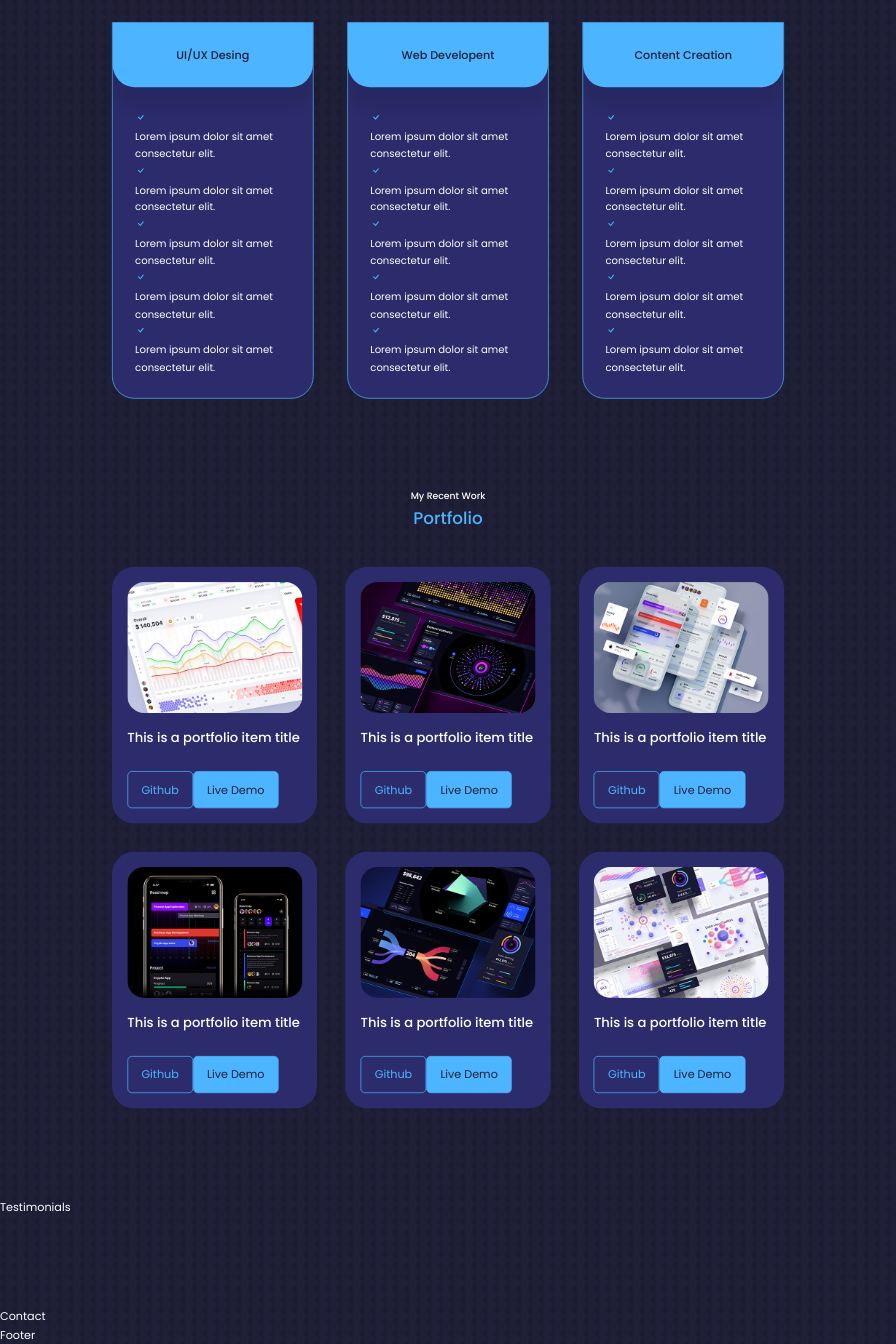
Repository: YuriSarmanho/Portifolio-
Page: / (app in portifolio/)
The author's editor kept a copy of each file at every save. The page is drawn from the files as they stood at one save, then again after the next save.
The browser window is 1280 px wide. The pictures show the part of the page from y = 2232 to 4152 px (the page is 4152 px tall before and 3745 px after), at 70% of full size.
The project was rebuilt for these pictures with package versions that can differ from the ones it lists, and the page was loaded fresh each time. Also part of the build but not shown: portifolio/src/Components/Contact/Contact.css, portifolio/src/Components/Testimonials/Testimonials.css. Imported but missing from the stored project, and not drawn on this page: portifolio/src/assets/cv.pdf.

Above is the page before, as saved 2022-05-25 10:34:37.

### portifolio/public/index.html
<!DOCTYPE html>
<html lang="pt-br">
<head>
    <meta charset="UTF-8">
    <meta http-equiv="X-UA-Compatible" content="IE=edge">
    <meta name="viewport" content="width=device-width, initial-scale=1.0">
    <title>Yuri Sarmanho Monteiro</title>
</head>
<body>
    <div id="root"></div>
</body>
</html>

### portifolio/src/App.jsx
import React from "react";
import './index.css'

import Header from "./Components/Header/Header";
import About from "./Components/About/About";
import Contact from "./Components/Contact/Contact";
import Experience from "./Components/Experience/Experience";
import Footer from "./Components/Footer/Footer";
import Nav from "./Components/Nav/Nav";
import Testimonials from "./Components/Testimonials/Testimonials";
import Service from "./Components/Service/Service";
import Portfolio from "./Components/Portfolio/Portfolio";



const App = () => {
  return (
    <>
      <Header />
      <Nav/>
      <About />
      <Experience/>
      <Service/>
      <Portfolio/>
      <Testimonials/>
      <Contact/>
      <Footer/>
    </>
  );
};

export default App;

### portifolio/src/index.css
@import url('https://fonts.googleapis.com/css2?family=Poppins:wght@300;400;500;600&display=swap');

* {
  margin: 0;
  padding: 0;
  border: 0;
  outline: 0;
  box-sizing: border-box;
  list-style: none;
  text-decoration: none;
}
:root {
  --color-bg: #1f1f38;
  --color-bg-variant: #2c2c6c;
  --color-primary: #4db5ff;
  --color-primary-variant: rgba(77, 181, 255, 0.4);
  --color-white: #fff;
  --color-light: rgba(255, 255, 255, 0.6);

  --transition: all 400ms ease;

  --container-width-lg: 75%;
  --container-width-md: 86%;
  --container-width-sm: 90%;
}
html {
  scroll-behavior: smooth;
}
::-webkit-scrollbar {
  display: none;
}

body {
  font-family: "Poppins", sans-serif;
  background-color: var(--color-bg);
  color: var(--color-white);
  line-height: 1.7;
  background-image: url(../src/assets/bg-texture.png);
}

.container {
  width: var(--container-width-lg);
  margin: 0 auto;
}

h1,
h2,
h3,
h4,
h5 {
  font-weight: 500;
}
h1 {
  font-size: 2.5rem;
}
section {
  margin-top: 8rem;
}
section > h2,
section > h5 {
  text-align: center;
  color: var(--color-ligth);
}

section > h2 {
  color: var(--color-primary);
  margin-bottom: 3rem;
}

.text-light {
  color: var(--color-light);
}
a {
  color: var(--color-primary);
  transition: var(--transition);
}
a:hover{
    color: var(--color-white);
}
.btn{
    width: max-content;
    display: inline-block;
    color: var(--color-primary);
    padding: 0.75rem 1.2rem;
    border-radius: 0.4rem;
    cursor: pointer;
    border: 1px solid var(--color-primary);
    transition: var(--transition);
}

.btn:hover{
    background-color: var(--color-white);
    color: var(--color-bg);
    border: transparent;
}

.btn-primary{
    background-color: var(--color-primary);
    color: var(--color-bg);
}

img{
  display: block;
  width: 100%;
  object-fit: cover;
}

/*MEDIUM DEVICE*/
@media screen and (max-width:1024px){
    .container{
        width: var(--container-width-md);
    }
    section{
        margin-top: 6rem;
    }
}

/*SMALL DEVICE*/
@media screen and (max-width:600px){
    .container{
        width: var(--container-width-sm);
    }
    section > h2{
        margin-bottom: 2rem;
    }
}

### portifolio/src/Components/Header/Header.jsx
import React from 'react'
import CTA from './CTA'
import ME from '../../assets/me.png'
import HeaderSocials from './HeaderSocials'
import './Header.css'

const header = () => {
  return (
    <header>
      <div className="container header__container">
        <h5>Hello i'm</h5>
        <h1>Yuri Sarmanho Monteiro</h1>
        <h5 className="text-light">Frontend Developer</h5>
        <CTA />
        <HeaderSocials/>
        <div className="me">
          <img src={ME} alt="foto de perfil" />
        </div>
      </div>
    </header>
  )
}

export default header

### portifolio/src/Components/About/About.jsx
import React from "react";
import ME from "../../assets/me-about.jpg";
import { FaAward } from "react-icons/fa";
import { FiUser } from "react-icons/fi";
import { VscFolderLibrary } from "react-icons/vsc";
import "./About.css";

const About = () => {
  return (
    //refactor
    <section id="about">
      <h5>Get know</h5>
      <h2>About Me</h2>

      <div className="container about__container">
        <div className="about__me">
          <div className="about__me-image">
            <img src={ME} alt="minha foto" />
          </div>
        </div>

        <div className="about__content">
          <div className="about__cards">
            <article className="about__card">
              <FaAward className="about__icon" />
              <h5>Experience</h5>
              <small>3+ Years Working</small>
            </article>

            <article className="about__card">
              <FiUser className="about__icon" />
              <h5>Clients</h5>
              <small>200+ Worldwide</small>
            </article>

            <article className="about__card">
              <VscFolderLibrary className="about__icon" />
              <h5>Projects</h5>
              <small>80+ Completed</small>
            </article>
          </div>
          <p>
              Lorem ipsum dolor sit, amet consectetur adipisicing elit. A,
              aspernatur ab fugit minima consequatur perferendis omnis, quaerat
              repellat quidem nam nemo possimus illum facilis, molestias
              repellendus. Assumenda distinctio eveniet dolores.
            </p>
            <a href="#contact" className='btn btn-primary'>
              Lets talk
            </a>
        </div>
      </div>
    </section>
  );
};

export default About;

### portifolio/src/Components/Contact/Contact.jsx
import React from 'react'
import './Contact.css'
const Contact = () => {
  return (
    <section id='contact'>Contact</section>
  )
}

export default Contact

### portifolio/src/Components/Nav/Nav.jsx
import React, { useState } from "react";
import { AiOutlineHome } from "react-icons/ai";
import { AiOutlineUser } from "react-icons/ai";
import { BiBookAlt } from "react-icons/bi";
import { RiServiceLine } from "react-icons/ri";
import { BiMessageSquareDetail } from "react-icons/bi";
import "./Nav.css";

const Nav = () => {
  const [activeNav, setActiveNav] = useState("#");
  //Refatorar essa parte dps que acabar o projeto
  return (
    <nav>
      <a
        href="#"
        onClick={() => setActiveNav("#")}
        className={activeNav === "#" ? "active" : ""}
      >
        <AiOutlineHome />
      </a>
      <a
        href="#about"
        onClick={() => setActiveNav("#about")}
        className={activeNav === "#about" ? "active" : ""}
      >
        <AiOutlineUser />
      </a>
      <a
        href="#experience"
        onClick={() => setActiveNav("#experience")}
        className={activeNav === "#experience" ? "active" : ""}
      >
        <BiBookAlt />
      </a>
      <a
        href="#service"
        onClick={() => setActiveNav("#service")}
        className={activeNav === "#service" ? "active" : ""}
      >
        <RiServiceLine />
      </a>
      <a
        href="#contact"
        onClick={() => setActiveNav("#contact")}
        className={activeNav === "#contact" ? "active" : ""}
      >
        <BiMessageSquareDetail />
      </a>
    </nav>
  );
};

export default Nav;

### portifolio/src/Components/Testimonials/Testimonials.jsx
import React from 'react'
import './Testimonials.css'
const Testimonials = () => {
  return (
    <section id='testimonials'>Testimonials</section>
  )
}

export default Testimonials

### portifolio/src/Components/Portfolio/Portfolio.jsx
import React from "react";
import "./Portfolio.css";
import IMG1 from "../../assets/portfolio1.jpg";
import IMG2 from "../../assets/portfolio2.jpg";
import IMG3 from "../../assets/portfolio3.jpg";
import IMG4 from "../../assets/portfolio4.jpg";
import IMG5 from "../../assets/portfolio5.png";
import IMG6 from "../../assets/portfolio6.jpg";

const Portfolio = () => {
  return (
    <section>
      <h5>My Recent Work</h5>
      <h2>Portfolio</h2>
      <div className="container portfolio__container">
        <article className="portfolio__item">
          <div className="portfolio__item-image">
            <img src={IMG1} alt="" />
          </div>
          <h3>This is a portfolio item title</h3>
          <div className="container__item-cta">
            <a href="http://github.com" className="btn" target="_blank">
              Github
            </a>
            <a href="#" className="btn btn-primary" target="_blank">
              Live Demo
            </a>
          </div>
        </article>
        <article className="portfolio__item">
          <div className="portfolio__item-image">
            <img src={IMG2} alt="" />
          </div>
          <h3>This is a portfolio item title</h3>
          <div className="container__item-cta">
            <a href="http://github.com" className="btn" target="_blank">
              Github
            </a>
            <a href="#" className="btn btn-primary" target="_blank">
              Live Demo
            </a>
          </div>
        </article>
        <article className="portfolio__item">
          <div className="portfolio__item-image">
            <img src={IMG3} alt="" />
          </div>
          <h3>This is a portfolio item title</h3>
          <div className="container__item-cta">
            <a href="http://github.com" className="btn" target="_blank">
              Github
            </a>
            <a href="#" className="btn btn-primary" target="_blank">
              Live Demo
            </a>
          </div>
        </article>
        <article className="portfolio__item">
          <div className="portfolio__item-image">
            <img src={IMG4} alt="" />
          </div>
          <h3>This is a portfolio item title</h3>
          <div className="container__item-cta">
            <a href="http://github.com" className="btn" target="_blank">
              Github
            </a>
            <a href="#" className="btn btn-primary" target="_blank">
              Live Demo
            </a>
          </div>
        </article>
        <article className="portfolio__item">
          <div className="portfolio__item-image">
            <img src={IMG5} alt="" />
          </div>
          <h3>This is a portfolio item title</h3>
          <div className="container__item-cta">
            <a href="http://github.com" className="btn" target="_blank">
              Github
            </a>
            <a href="#" className="btn btn-primary" target="_blank">
              Live Demo
            </a>
          </div>
        </article>
        <article className="portfolio__item">
          <div className="portfolio__item-image">
            <img src={IMG6} alt="" />
          </div>
          <h3>This is a portfolio item title</h3>
          <div className="container__item-cta">
            <a href="http://github.com" className="btn" target="_blank">
              Github
            </a>
            <a href="#" className="btn btn-primary" target="_blank">
              Live Demo
            </a>
          </div>
        </article>
      </div>
    </section>
  );
};

export default Portfolio;

### portifolio/src/Components/Header/CTA.jsx
import React from 'react'
import CV from '../../assets/cv.pdf'
const CTA = () => {
  return (
    <div className="cta">
        <a href={CV} download className='btn'>Download CV</a>
        <a href='#contact' className='btn btn-primary'>Lest's Talk</a>
    </div>
  )
}

export default CTA

### portifolio/src/Components/Header/HeaderSocials.jsx
import React from 'react'
import {BsLinkedin} from 'react-icons/bs'
import {FaGithub} from 'react-icons/fa'
import {FaDribbble} from 'react-icons/fa'
import './Header.css'

const HeaderSocials  = () => {
  return (
      <div className="header__socials">
          <a href="http://linkedin.com" target="_blank"><BsLinkedin/></a>
          <a href="http://github.com" target="_blank"><FaGithub/></a>
          <a href="http://dribbble.com" target="_blank"><FaDribbble/></a>
      </div>
  )
}

export default HeaderSocials

### portifolio/src/Components/Header/Header.css
header {
  height: 100vh;
  padding-top: 7rem;
  overflow: hidden;
}

.header__container {
  text-align: center;
  height: 100%;
  position: relative;
}

.cta {
  margin-top: 2.5rem;
  display: flex;
  gap: 1.2rem;
  justify-content: center;
}
.header__socials {
  display: flex;
  flex-direction: column;
  align-items: center;
  gap: 0.8rem;
  position: absolute;
  left: 0;
  bottom: 3rem;
}

.header__socials::after {
  content: "";
  width: 1px;
  height: 2rem;
  background-color: var(--color-primary);
}

.me {
  background: linear-gradient(var(--color-primary), transparent);
  width: 22rem;
  height: 30rem;
  position: absolute;
  left: calc(50% - 11rem);
  margin-top: 4rem;
  border-radius: 12rem 12rem 0 0;
  overflow: hidden;
  padding: 5rem 1.5rem 1.5rem 1.5rem;
}

.scroll__down {
  position: absolute;
  right: -2.3rem;
  bottom: 5rem;
  transform: rotate(90deg);
  font-weight: 300;
  font-size: 0.9rem;
}

/*MEDIUM DEVICE*/
@media screen and (max-width: 1024px) {
  header {
    height: 68vh;
  }
}

/*SMALL DEVICE*/
@media screen and (max-width: 600px) {
  header {
    height: 100vh;
  }
  .header__socials,
  .scroll__down {
    display: none;
  }
}

### portifolio/src/Components/About/About.css
.about__container {
  display: grid;
  grid-template-columns: 35% 50%;
  gap: 15%;
}

.about__me {
  width: 100%;
  aspect-ratio: 1/1;
  border-radius: 2rem;
  background: linear-gradient(
    45deg,
    transparent,
    var(--color-primary),
    transparent
  );
  display: grid;
  place-content: center;
}

.about__me-image {
  border-radius: 2rem;
  overflow: hidden;
  transform: rotate(10deg);
  transition: var(--transition);
}

.about__me-image:hover {
  transform: rotate(0);
}
.about__cards {
  display:grid;
  grid-template-columns: repeat(3, 1fr);
  gap: 1.5rem;
}

.about__card {
  background: var(--color-bg-variant);
  border: 1px solid transparent;
  border-radius: 1rem;
  padding: 2rem;
  text-align: center;
  transition: var(--transition);
}

.about__card:hover {
  background: transparent;
  border-color: var(--color-primary-variant);
  cursor: default;
}
.about__icon {
  color: var(--color-primary);
  font-size: 1.4rem;
  margin-bottom: 1rem;
}
.about__card h5 {
  font-size: 0.95rem;
}

.about__card small{
    font-size: .7rem;
    color: var(--color-light);
}
.about__content p{
    margin: 2rem 0 2.6rem;
    color: var(--color-light);
}

/*MEDIUM DEVICE*/
@media screen and (max-width: 1024px) {
    .about__container{
        grid-template-columns: 1fr;
    }
    .about__me{
        width: 50%;
        margin: 2rem auto 4rem;
    }
    .about__content p{
        margin: 1rem 0 1.5rem;
    }
}

/*SMALL DEVICE*/
@media screen and (max-width: 600px) {
    .about__me{
        width: 65%;
        margin: 0 auto 3rem;
    }
    .about__cards{
        grid-template-columns: 1fr 1fr;
        gap: 1rem;
    }
    .about__content{
        text-align: center;
    }
    .about__container p{
        margin: 1.5rem;
    }
  }

### portifolio/src/Components/Experience/Experience.css
.experience__container {
  display: grid;
  grid-template-columns: 1fr 1fr;
  gap: 2rem;
}

.experience__container > div {
  background: var(--color-bg-variant);
  padding: 2.4rem 5rem;
  border-radius: 2rem;
  border: 1px solid transparent;
}
.experience__container > div:hover {
  background: transparent;
  border-color: var(--color-bg-variant);
  cursor: default;
}

.experience__container > div h3 {
  text-align: center;
  margin-bottom: 2rem;
  color: var(--color-primary);
}

.experience__content {
  display: grid;
  grid-template-columns: 1fr 1fr;
  row-gap: 2rem;
}
.experience__details {
  display: flex;
  gap: 1rem;
}
.experience__details-icon {
  margin-top: 6px;
  color: var(--color-primary);
}

/*MEDIUM DEVICE*/
@media screen and (max-width: 1024px) {
  .experience__container {
    grid-template-columns: 1fr;
  }
  .experience__container > div {
    width: 80%;
    padding: 2rem;
    margin: 0 auto;
  }
  .experience__content {
    padding: 1rem;
  }
}

/*SMALL DEVICE*/
@media screen and (max-width: 600px) {
  .experience__container {
    gap: 1rem;
  }
  .experience__container > div {
    width: 100%;
    padding: 2rem 1rem;
  }
}

### portifolio/src/Components/Nav/Nav.css
nav {
  background-color: rgba(0, 0, 0, 0.1);
  width: max-content;
  display: block;
  padding: 0.7rem 1.7rem;
  z-index: 2;
  position: fixed;
  left: 50%;
  transform: translate(-50%);
  bottom: 2rem;
  display: flex;
  gap: 0.8rem;
  border-radius: 3rem;
  backdrop-filter: blur(15px);
}

nav a {
  background: transparent;
  padding: 0.9rem;
  border-radius: 50%;
  display: flex;
  color: var(--color-light);
  font-size: 1.1rem;
}

nav a:hover {
  background-color: rgba(0, 0, 0, 0.3);
}

nav a.active {
  background: var(--color-bg);
  color: var(--color-white);
}

### portifolio/src/Components/Service/Service.css
.service__container{
    display: grid;
    grid-template-columns: repeat(3,1fr);
    gap: 3rem;
}

.service{
    background: var(--color-bg-variant);
    border-radius: 0 0 2rem 2rem;
    border: 1px solid var(--color-primary);
    height: fit-content;
    transition: var(--transition);
}

.service:hover{
background:transparent;
border: var(--color-bg-variant);
cursor: default;
}

.service__head{
    background-color: var(--color-primary);
    padding: 2rem;
    border-radius: 0 0 2rem 2rem ;
    box-shadow: 0 2rem 1rem rgba(0,0,0,0.1);
}

.service__head h3{
    color: var(--color-bg);
    font-size: 1rem;
    text-align: center;
}
.service__list{
    padding: 2rem;
}

service__list li{
    display: flex;
    gap: 1rem;
    margin-bottom: 0.8rem;
}

.service__list-icon{
    color: var(--color-primary);
    margin-top: 2px;
}

.service__list p{
    font-size: 0.9rem;
}

/*MEDIUM DEVICE*/
@media screen and (max-width: 1024px) {
  .service__container{
      grid-template-columns: 1fr 1fr;
      gap: 2rem;
  }
  .service{
      height: auto;
  }
}

  /*SMALL DEVICE*/
  @media screen and (max-width: 600px) {
    .service__container{
        grid-template-columns: 1fr;
        grid-area: 1.5rem ;
    }
}

### portifolio/src/Components/Portfolio/Portfolio.css
.portfolio__container {
  display: grid;
  grid-template-columns: repeat(3, 1fr);
  gap: 2.5rem;
}
.portfolio__item {
  background: var(--color-bg-variant);
  padding: 1.3rem;
  border-radius: 2rem;
  border: 1px solid transparent;
  transition: var(--transition);
}

.portfolio__item:hover {
  border-color: var(--color-primary-variant);
  background: transparent;
}

.portfolio__item-image {
  border-radius: 1.5rem;
  overflow: hidden;
}

.portfolio__item h3 {
  margin: 1.2rem 0 2rem;
}
.portfolio__item-cta {
  display: flex;
  gap: 1rem;
  margin-bottom: 1rem;
}

/*MEDIUM DEVICE*/
@media screen and (max-width: 1024px) {
  .portfolio__container {
    grid-template-columns: 1fr 1fr;
    gap: 1.2rem;
  }
}

/*SMALL DEVICE*/
@media screen and (max-width: 600px) {
  .portfolio__container {
    grid-template-columns: 1fr;
    gap: 1rem;
  }
}

Loaded but not shown: portifolio/src/Components/Footer/Footer.jsx (common file); portifolio/src/index.js (4 lines, source omitted); portifolio/src/Components/Experience/Experience.jsx (106 lines, source omitted); portifolio/src/Components/Service/Service.jsx (101 lines, source omitted)

After the next save:
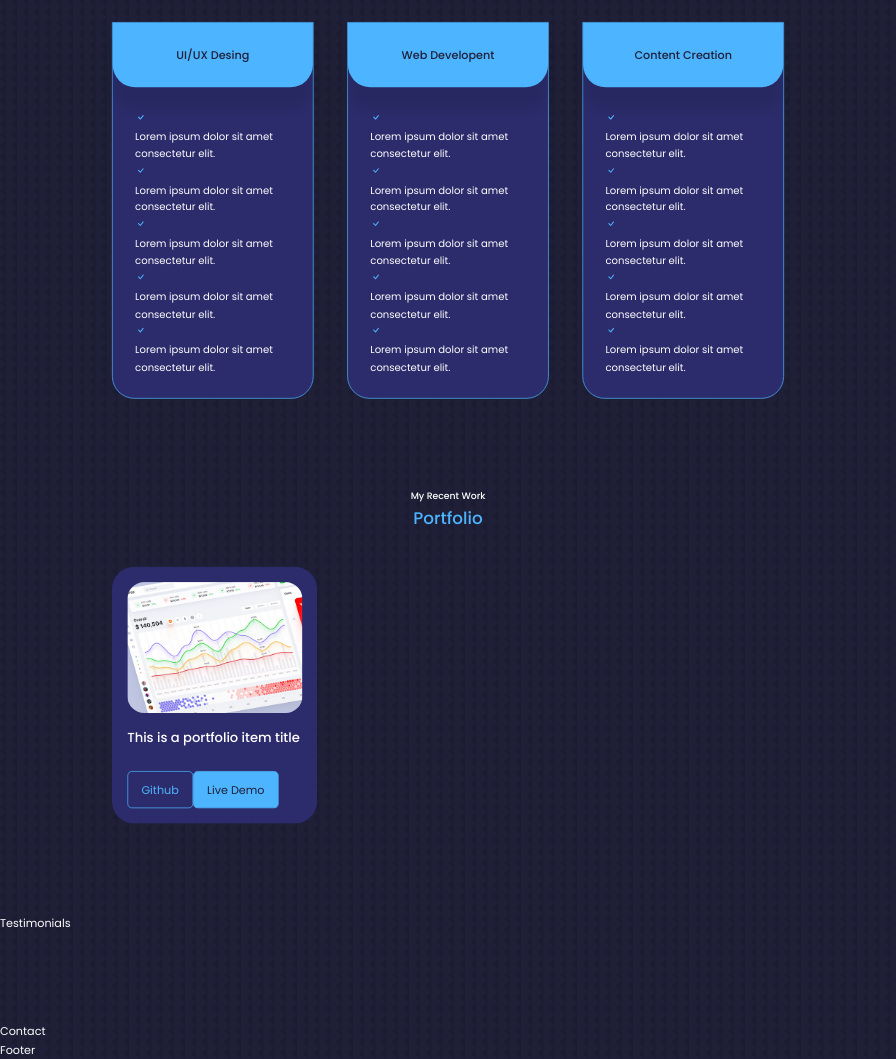
Saved 4 min 0 s later.
--- a/portifolio/src/Components/Portfolio/Portfolio.jsx
+++ b/portifolio/src/Components/Portfolio/Portfolio.jsx
@@ -27,76 +27,6 @@
             </a>
           </div>
         </article>
-        <article className="portfolio__item">
-          <div className="portfolio__item-image">
-            <img src={IMG2} alt="" />
-          </div>
-          <h3>This is a portfolio item title</h3>
-          <div className="container__item-cta">
-            <a href="http://github.com" className="btn" target="_blank">
-              Github
-            </a>
-            <a href="#" className="btn btn-primary" target="_blank">
-              Live Demo
-            </a>
-          </div>
-        </article>
-        <article className="portfolio__item">
-          <div className="portfolio__item-image">
-            <img src={IMG3} alt="" />
-          </div>
-          <h3>This is a portfolio item title</h3>
-          <div className="container__item-cta">
-            <a href="http://github.com" className="btn" target="_blank">
-              Github
-            </a>
-            <a href="#" className="btn btn-primary" target="_blank">
-              Live Demo
-            </a>
-          </div>
-        </article>
-        <article className="portfolio__item">
-          <div className="portfolio__item-image">
-            <img src={IMG4} alt="" />
-          </div>
-          <h3>This is a portfolio item title</h3>
-          <div className="container__item-cta">
-            <a href="http://github.com" className="btn" target="_blank">
-              Github
-            </a>
-            <a href="#" className="btn btn-primary" target="_blank">
-              Live Demo
-            </a>
-          </div>
-        </article>
-        <article className="portfolio__item">
-          <div className="portfolio__item-image">
-            <img src={IMG5} alt="" />
-          </div>
-          <h3>This is a portfolio item title</h3>
-          <div className="container__item-cta">
-            <a href="http://github.com" className="btn" target="_blank">
-              Github
-            </a>
-            <a href="#" className="btn btn-primary" target="_blank">
-              Live Demo
-            </a>
-          </div>
-        </article>
-        <article className="portfolio__item">
-          <div className="portfolio__item-image">
-            <img src={IMG6} alt="" />
-          </div>
-          <h3>This is a portfolio item title</h3>
-          <div className="container__item-cta">
-            <a href="http://github.com" className="btn" target="_blank">
-              Github
-            </a>
-            <a href="#" className="btn btn-primary" target="_blank">
-              Live Demo
-            </a>
-          </div>
-        </article>
       </div>
     </section>
   );
